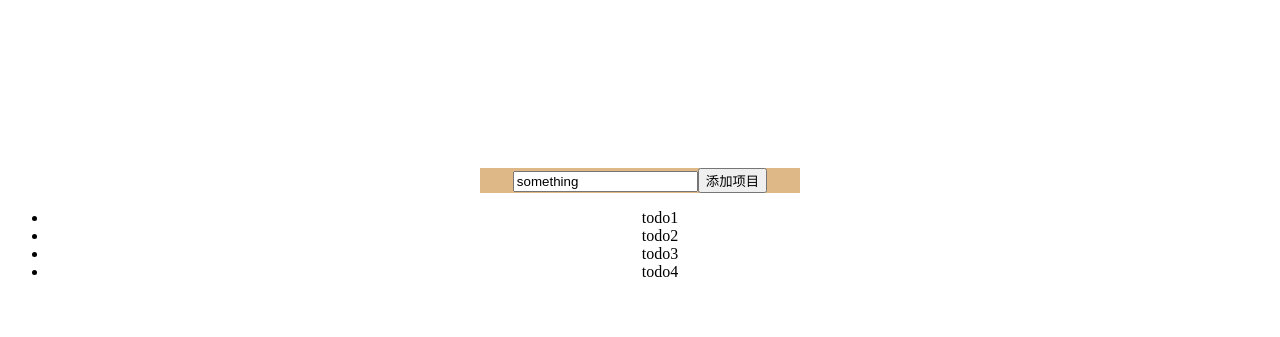
Repository: ArtemisWang/todolistProject
Page: /
The author's editor kept a copy of each file at every save. The page is drawn from the files as they stood at one save, then again after the next save.
The browser window is 1280 px wide. The pictures show the whole page.
The project was rebuilt for these pictures with package versions that can differ from the ones it lists, and the page was loaded fresh each time.

Above is the page before, as saved 2020-02-28 21:37:38.

### src/App.js
import React,{useState} from 'react';
import './App.css'
const App=function(){

    const [list, setList]=useState(['todo1','todo2','todo3','todo4'])
    const [content, setContent]=useState('something')

    function addItem(){
        setList([...list,content])
        setContent('')
    }

    function changeContent(e){
        setContent(e.target.value)
        return content
    }

    function deleteItem(i){
        setList(list.filter((x,index)=>index!==i))
    }

    return (
    <div className='app'>
        <div className='input'>
            <input onChange={changeContent} value={content}/>
            <button onClick={addItem}>添加项目</button>
        </div>
        <div className='u-list'>
            <ul>
                {list.map((it,i)=>(<li key={it+i} onClick={deleteItem.bind(this,i)}>{it}</li>))}
            </ul>
        </div>
    </div>)
}




export default App

### src/App.css
.app{
    text-align: center;
    padding-top: 10rem;
}

.input{
    display: block;
    background-color: burlywood;
    width: 20rem;
    margin-left:auto;
    margin-right:auto;
}

Loaded but not shown: public/index.html (common file); src/index.js (common file)

After the next save:
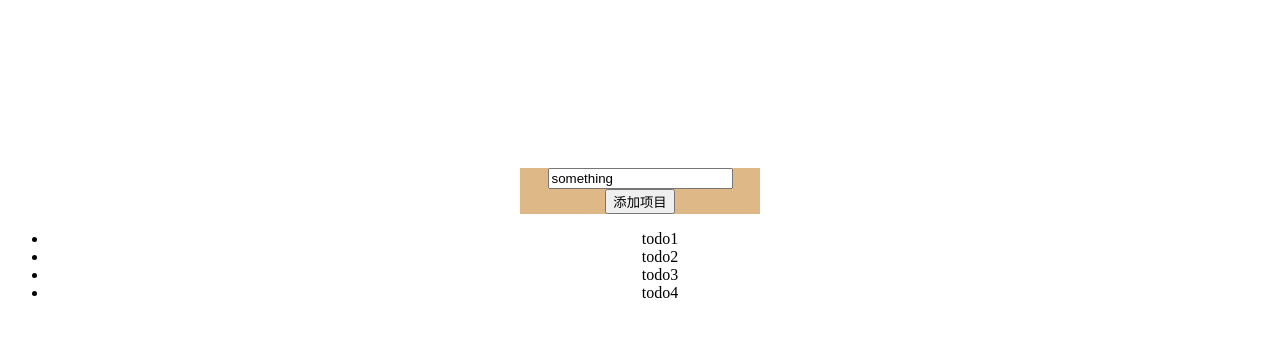
Saved 8 s later.
--- a/src/App.css
+++ b/src/App.css
@@ -6,7 +6,7 @@
 .input{
     display: block;
     background-color: burlywood;
-    width: 20rem;
+    width: 15rem;
     margin-left:auto;
     margin-right:auto;
 }
